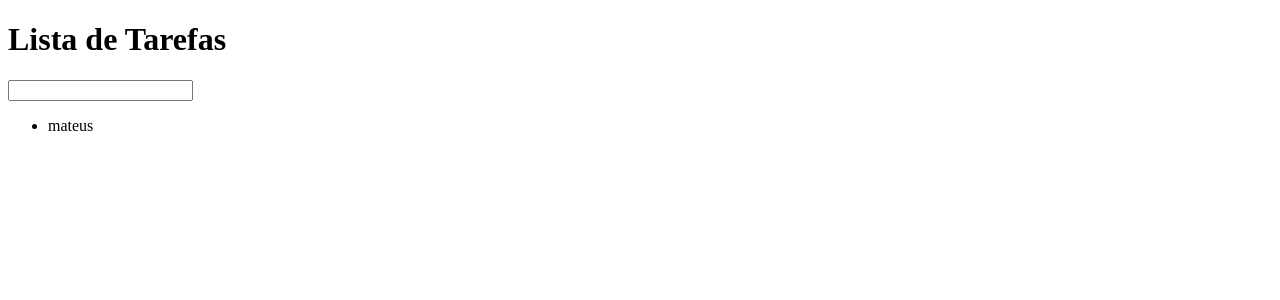
Repository: mateus-henrique-silva/Angular-lista-de-tarefas
Page: / (app in angiularTarefas/)
An editor plug-in stored every save of this project. The page is shown before and after a run of saves, followed by the edit.
The browser window is 1280 px wide. The pictures show the whole page.
The project was rebuilt for these pictures with package versions that can differ from the ones it lists, and the page was loaded fresh each time. Also part of the build but not shown: angiularTarefas/angular.json.

Above is the page before, as saved 2022-07-12 09:38:34.

### angiularTarefas/src/index.html
<!doctype html>
<html lang="en">
<head>
  <meta charset="utf-8">
  <title>AngiularTarefas</title>
  <base href="/">
  <meta name="viewport" content="width=device-width, initial-scale=1">
  <link rel="icon" type="image/x-icon" href="favicon.ico">
</head>
<body>
  <app-root></app-root>
</body>
</html>

### angiularTarefas/src/app/app.component.ts
import { Component } from '@angular/core';

@Component({
  selector: 'app-root',
  templateUrl: './app.component.html',
  styleUrls: ['./app.component.css']
})
export class AppComponent {
  title = 'Lista de Tarefas';
teste="mateus"

inputList = (nomes:string)=> {

  this.teste = nomes;

}

}

### angiularTarefas/src/app/app.component.html
<h1>{{title}}</h1>
<input #nome type="text"(keyup)="0" (keyup.enter)="inputList(nome.value)" />
<ul>
  <li>{{teste}}</li>
</ul>

Loaded but not shown: angiularTarefas/src/styles.css (common file); angiularTarefas/src/main.ts (common file); angiularTarefas/src/app/app.module.ts (common file); angiularTarefas/src/environments/environment.ts (common file); angiularTarefas/src/app/app.component.css (no stored copy; drawn as an empty file)

After the next 3 saves:
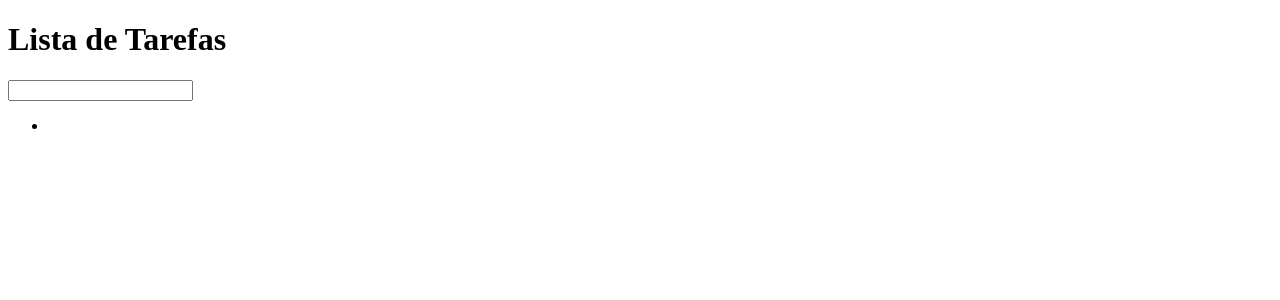
The 3 saves are shown as one change because they came seconds apart.
The last was saved 24 s later.
--- a/angiularTarefas/src/app/app.component.ts
+++ b/angiularTarefas/src/app/app.component.ts
@@ -7,7 +7,7 @@
 })
 export class AppComponent {
   title = 'Lista de Tarefas';
-teste="mateus"
+teste=""
 
 inputList = (nomes:string)=> {
 
